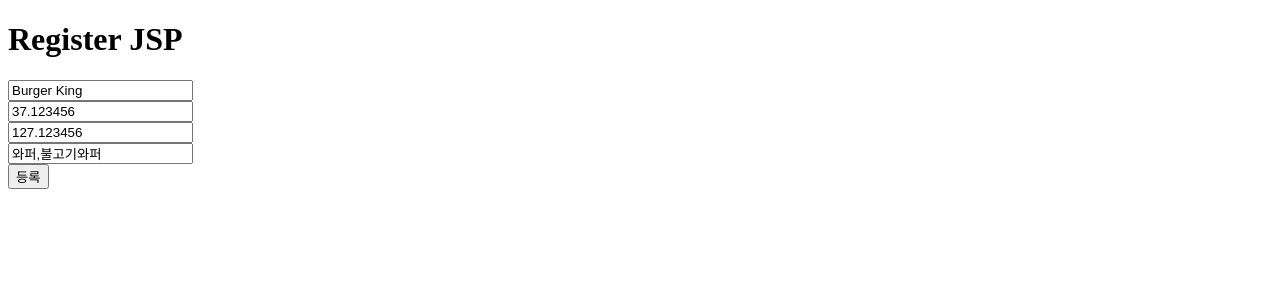
Repository: parkgun6/model2_study
Page: http://localhost/store/register.jsp
These files come from the project's save history. The page is drawn as it stood at one moment and after the next save; the edit follows.
The browser window is 1280 px wide. The pictures show the whole page.
The page is served by Tomcat 9.

Above is the page before, as saved 2021-01-20 09:31:15.

After the next save:
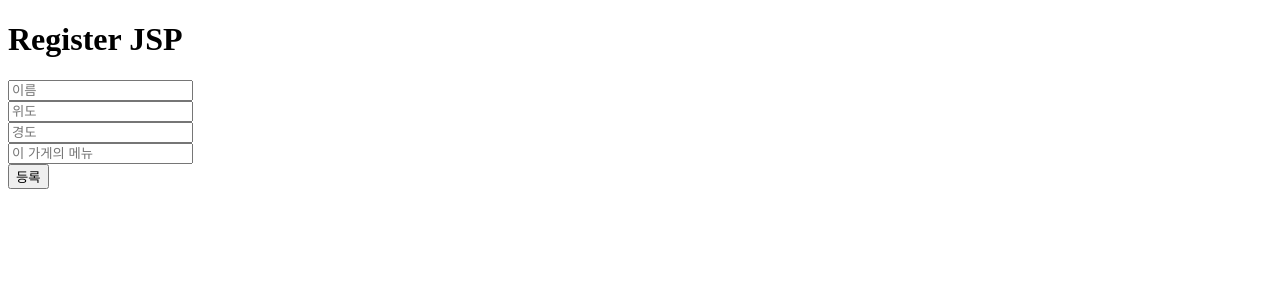
Saved 36 s later.
--- a/store/WebContent/register.jsp
+++ b/store/WebContent/register.jsp
@@ -10,16 +10,16 @@
 	<h1>Register JSP</h1>
 	<form action="/store/registerAction.jsp"  method="post" >
 		<div>
-			<input name="name" type="text" placeholder="이름" value="Burger King"/>
+			<input name="name" type="text" placeholder="이름" />
 		</div>
 		<div>
-			<input name="lat" type="number" step=0.000001 placeholder="위도" value="37.123456"/>
+			<input name="lat" type="number" step=0.000001 placeholder="위도"/>
 		</div>
 		<div>
-			<input name="lng" type="number" step=0.000001 placeholder="경도" value="127.123456"/>
+			<input name="lng" type="number" step=0.000001 placeholder="경도" />
 		</div>
 		<div>
-			<input name="menu" type="text" placeholder="이 가게의 메뉴" value="와퍼,불고기와퍼"/>
+			<input name="menu" type="text" placeholder="이 가게의 메뉴"/>
 		</div>
 		<div>
 			<button >등록 </button>
